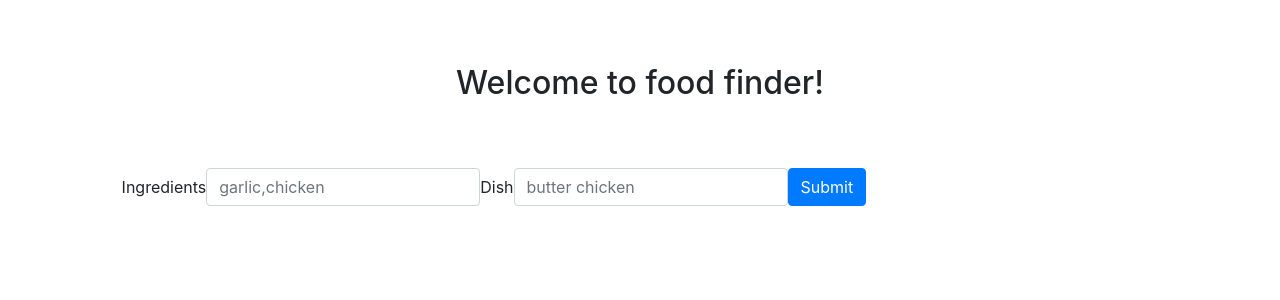
Repository: ratanparmar/receipesearch
Page: /
An editor plug-in stored every save of this project. The page is shown before and after the next save, followed by the edit.
The browser window is 1280 px wide. The pictures show the whole page.
The project was rebuilt for these pictures with package versions that can differ from the ones it lists, and the page was loaded fresh each time.

Above is the page before, as saved 2019-12-10 16:16:38.

### public/index.html
<!DOCTYPE html>
<html lang="en">
  <head>
    <meta charset="utf-8" />
    <link rel="icon" href="%PUBLIC_URL%/favicon.ico" />
    <meta name="viewport" content="width=device-width, initial-scale=1" />
    <meta name="theme-color" content="#000000" />
    <meta
      name="description"
      content="Web site created using create-react-app"
    />
    <link rel="apple-touch-icon" href="%PUBLIC_URL%/logo192.png" />
    <!--
      manifest.json provides metadata used when your web app is installed on a
      user's mobile device or desktop. See https://developers.google.com/web/fundamentals/web-app-manifest/
    -->
    <link rel="manifest" href="%PUBLIC_URL%/manifest.json" />
    <!--
      Notice the use of %PUBLIC_URL% in the tags above.
      It will be replaced with the URL of the `public` folder during the build.
      Only files inside the `public` folder can be referenced from the HTML.

      Unlike "/favicon.ico" or "favicon.ico", "%PUBLIC_URL%/favicon.ico" will
      work correctly both with client-side routing and a non-root public URL.
      Learn how to configure a non-root public URL by running `npm run build`.
    -->
    <link rel="stylesheet" href="https://stackpath.bootstrapcdn.com/bootstrap/4.3.1/css/bootstrap.min.css" integrity="sha384-ggOyR0iXCbMQv3Xipma34MD+dH/1fQ784/j6cY/iJTQUOhcWr7x9JvoRxT2MZw1T" crossorigin="anonymous">

    <title>React App</title>
  </head>
  <body>
    <noscript>You need to enable JavaScript to run this app.</noscript>
    <div id="root"></div>
    <!--
      This HTML file is a template.
      If you open it directly in the browser, you will see an empty page.

      You can add webfonts, meta tags, or analytics to this file.
      The build step will place the bundled scripts into the <body> tag.

      To begin the development, run `npm start` or `yarn start`.
      To create a production bundle, use `npm run build` or `yarn build`.
    -->
  </body>
</html>

### src/index.js
import React from 'react'
import ReactDOM from 'react-dom'
import App from './components/App'
ReactDOM.render( <App/>,document.getElementById('root'))

### src/components/App.js
import React , { Component } from 'react'

import Searchbar from './Searchbar'
import '../style/index.css'

class App extends Component{
    render(){
        return(
            <div>
                <h2> Welcome to food finder!
                </h2>
                <div className="App">
                    <Searchbar/>
                </div>
            </div>
        )
    }
}

export default App;

### src/components/Searchbar.js
import React,{ Component } from 'react'
import {Form, FormControl,FormGroup,FormLabel,Button} from 'react-bootstrap'

class Searchbar extends Component{
    render(){
        // Use FormLable in place off ControlLabel
        return(
            <Form inline>
                <FormGroup>
                    <FormLabel>Ingredients</FormLabel>
                    {''}
                        <FormControl type="text" placeholder='garlic,chicken'/>
                </FormGroup>
                {''}
                <FormGroup>
                    <FormLabel>Dish</FormLabel>
                    {''}
                    <FormControl type="text" placeholder='butter chicken'/>
                </FormGroup>
                {''}
                <Button>Submit</Button>
            </Form>
        )
    }
}
export default Searchbar;

### src/style/index.css
body{
    text-align: center;
    padding: 5%;
}

.App{
    text-align: center;
    padding: 5%;
}

After the next save:
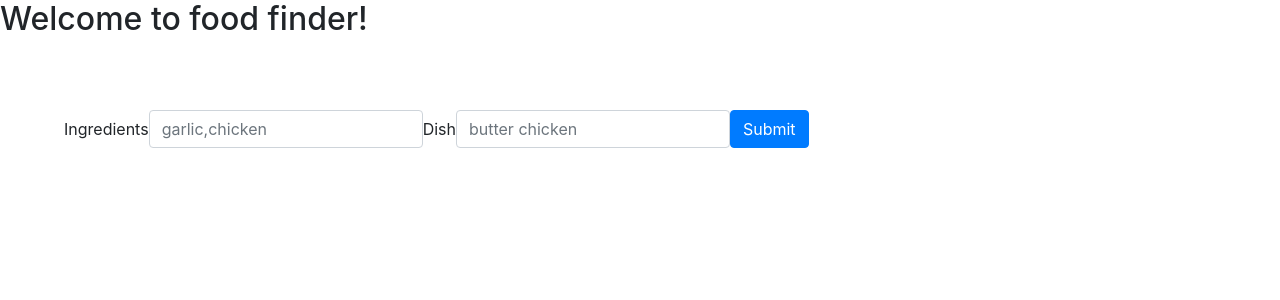
Saved 20 s later.
--- a/src/style/index.css
+++ b/src/style/index.css
@@ -1,7 +1,3 @@
-body{
-    text-align: center;
-    padding: 5%;
-}
 
 .App{
     text-align: center;

After the save that followed:
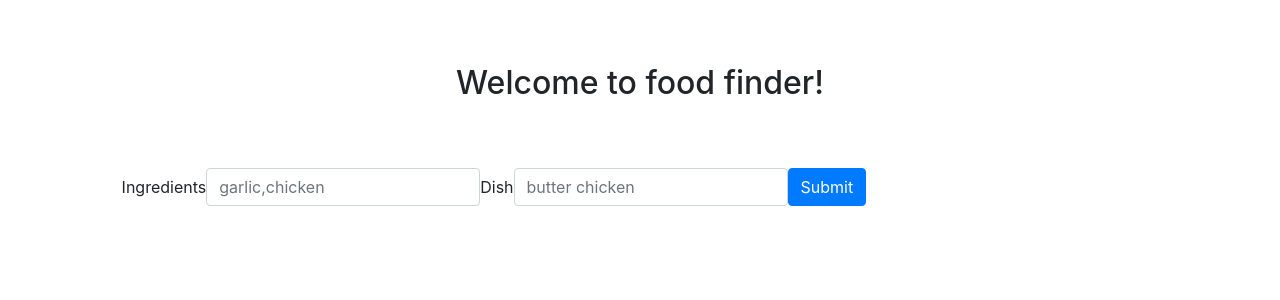
Saved 17 s later.
--- a/src/components/App.js
+++ b/src/components/App.js
@@ -6,7 +6,7 @@ import '../style/index.css'
 class App extends Component{
     render(){
         return(
-            <div>
+            <div className="App">
                 <h2> Welcome to food finder!
                 </h2>
                 <div className="App">
